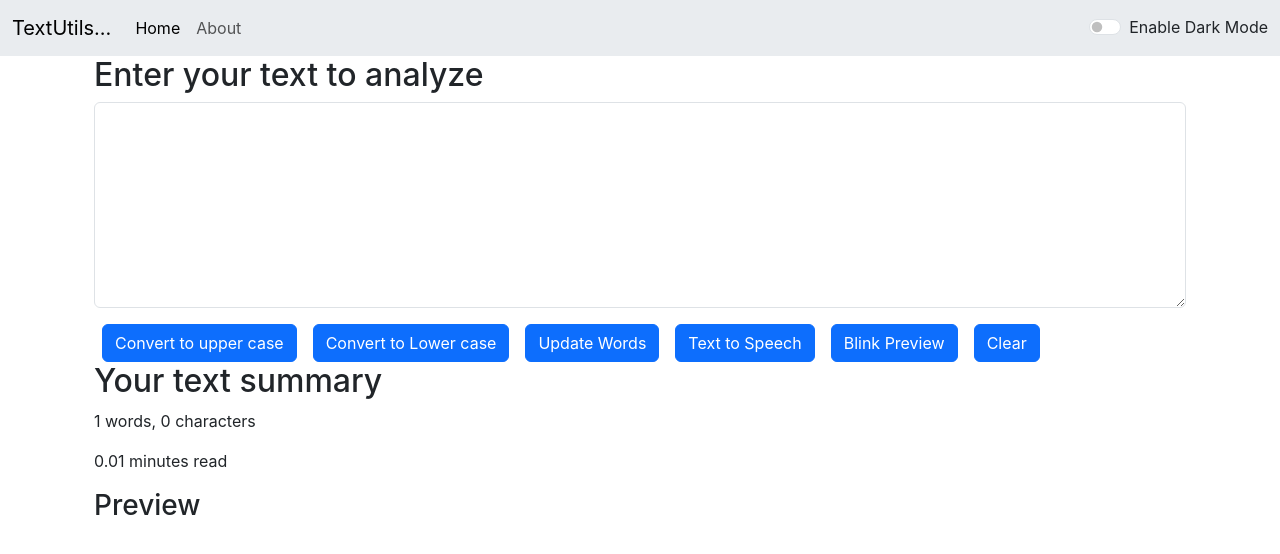
Repository: SujanNagaju/react-demo
Page: /
These files come from the project's save history. The page is drawn as it stood at one moment and after a run of saves; the edit follows.
The browser window is 1280 px wide. The pictures show the whole page.
The project was rebuilt for these pictures with package versions that can differ from the ones it lists, and the page was loaded fresh each time. Also part of the build but not shown: src/App.css.

Above is the page before, as saved 2024-12-29 16:52:06.

### public/index.html
<!DOCTYPE html>
<html lang="en">
  <head>
    <meta charset="utf-8" />
    <link rel="icon" href="%PUBLIC_URL%/favicon.ico" />
    <meta name="viewport" content="width=device-width, initial-scale=1" />
    <meta name="theme-color" content="#000000" />
    <meta
      name="description"
      content="Web site created using create-react-app"
    />
    <link rel="apple-touch-icon" href="%PUBLIC_URL%/logo192.png" />
    <!--
      manifest.json provides metadata used when your web app is installed on a
      user's mobile device or desktop. See https://developers.google.com/web/fundamentals/web-app-manifest/
    -->
    <link rel="manifest" href="%PUBLIC_URL%/manifest.json" />
    <!--
      Notice the use of %PUBLIC_URL% in the tags above.
      It will be replaced with the URL of the `public` folder during the build.
      Only files inside the `public` folder can be referenced from the HTML.

      Unlike "/favicon.ico" or "favicon.ico", "%PUBLIC_URL%/favicon.ico" will
      work correctly both with client-side routing and a non-root public URL.
      Learn how to configure a non-root public URL by running `npm run build`.
    -->
    <link href="https://cdn.jsdelivr.net/npm/bootstrap@5.3.3/dist/css/bootstrap.min.css" rel="stylesheet" integrity="sha384-QWTKZyjpPEjISv5WaRU9OFeRpok6YctnYmDr5pNlyT2bRjXh0JMhjY6hW+ALEwIH" crossorigin="anonymous">
    <title>React App</title>
  </head>
  <body>
    <noscript>You need to enable JavaScript to run this app.</noscript>
    <div id="root"></div>
    <!--
      This HTML file is a template.
      If you open it directly in the browser, you will see an empty page.

      You can add webfonts, meta tags, or analytics to this file.
      The build step will place the bundled scripts into the <body> tag.

      To begin the development, run `npm start` or `yarn start`.
      To create a production bundle, use `npm run build` or `yarn build`.
    -->
    <script src="https://cdn.jsdelivr.net/npm/bootstrap@5.3.3/dist/js/bootstrap.bundle.min.js" integrity="sha384-YvpcrYf0tY3lHB60NNkmXc5s9fDVZLESaAA55NDzOxhy9GkcIdslK1eN7N6jIeHz" crossorigin="anonymous"></script>

  </body>
</html>

### src/App.js
// logo from './logo.svg';
import './App.css';
// import About from './components/About';
import Navbar from './components/Navbar';
import TextForm from './components/TextForm';
import React, {useState} from 'react';

function App() {

  const [mode, setMode] = useState("light");
  const toggleMode = ()=> {
    if( mode === 'light' ) {
      setMode( 'dark' );
      document.body.style.backgroundColor = 'black';
      // document.body.style.color = 'white';
    } else {
      setMode( 'light' );
      document.body.style.backgroundColor = 'white';
      // document.body.style.color = 'black';
    }
  }
  return (
    <>

      {/* <Navbar title="TextUtils..." aboutText="About"/> */}
      <Navbar title="TextUtils..." aboutText="About" mode={mode} toggleMode={toggleMode}/>
      <div className="container">
        <TextForm heading="Enter your text to analyze" mode={mode}/>
        {/* <About title="About us"/> */}
      </div>
    </>
  );
}

export default App;

### src/components/Navbar.js
import React from 'react'
import PropTypes from 'prop-types';


// export default function Navbar({title="TextUtils", aboutText="About"}) {
export default function Navbar(props) {
  return (
    <nav className={`navbar navbar-expand-lg bg-body-secondary bg-${props.mode}`}>
        <div className="container-fluid">
            <a className="navbar-brand" href="/">{props.title}</a>
            <button className="navbar-toggler" type="button" data-bs-toggle="collapse" data-bs-target="#navbarSupportedContent" aria-controls="navbarSupportedContent" aria-expanded="false" aria-label="Toggle navigation">
            <span className="navbar-toggler-icon"></span>
            </button>
            <div className="collapse navbar-collapse" id="navbarSupportedContent">
            <ul className="navbar-nav me-auto mb-2 mb-lg-0">
                <li className="nav-item">
                <a className="nav-link active" aria-current="page" href="/">Home</a>
                </li>
                <li className="nav-item">
                <a className="nav-link" href="/">{props.aboutText}</a>
                </li>

            </ul>
            {/* <form className="d-flex" role="search">
                <input className="form-control me-2" type="search" placeholder="Search" aria-label="Search"/>
                <button className="btn btn-outline-success" type="submit">Search</button>
            </form> */}
            <div className={`form-check form-switch text-${props.mode === 'light' ? 'dark' : 'light' }`}>
                <input className="form-check-input" onClick={props.toggleMode} type="checkbox" role="switch" id="flexSwitchCheckDefault"/>
                <label className="form-check-label" htmlFor="flexSwitchCheckDefault">Enable Dark Mode</label>
            </div>
            </div>
        </div>
    </nav>
  )
}


Navbar.propTypes = {
    title: PropTypes.string.isRequired,
    aboutText: PropTypes.string.isRequired
}

### src/components/TextForm.js
import React, {useState} from 'react';

export default function TextForm(props) {
  const handleUpClick = ()=> {
    // console.log( "Uppercase was clicked" );
    let newText = text.toUpperCase();
    setText( newText );
  }

  const handleLowerClick = ()=> {
    // console.log( "Uppercase was clicked" );
    let newText = text.toLowerCase();
    setText( newText );
  }

  const handleUpdateWordsClick = () => {
    // console.log("Uppercase was clicked");
    let newText = text.replace(/chamatkar/gi, "balatkar");
    setText(newText);
  };

  const handleClearClick = () => {
    // console.log("Uppercase was clicked");
    let newText = "";
    setText(newText);
  };

  const handleOnChange = (event)=> {
    // console.log( "handle text change" );
    setText(event.target.value);
  }

  const handleTextToSpeechClick =() =>{
    const Speech = new SpeechSynthesisUtterance();
    const message= document.getElementById("textBox").value;
    Speech.lang='eng';
    Speech.text= message;
    window.speechSynthesis.speak(Speech);
  }

  const handleBlinkPreviewClick =() =>{
    const element= document.getElementById("blinkPreview");
    let blinkCount = 0; // Counter for the number of blinks
    const maxBlinks = 5; // Total number of blinks (on + off = 1 blink)

    const interval = setInterval(() => {
      // Toggle visibility
      element.style.display = element.style.display === 'none' ? 'block' : 'none';
      element.style.color = 'red';

      // Increment blink count only when the element is hidden
      if (element.style.display === 'none') {
        blinkCount++;
      }

      // Stop blinking after the desired number of blinks
      if (blinkCount === maxBlinks) {
        clearInterval(interval);
        element.style.display = 'block'; // Ensure the element remains visible
        element.style.color = 'black';
      }
    }, 200); // Blink interval (500ms = half a second)
  }

  const [text, setText] = useState("");
  return (
    <>
      <div className="container">
        <h2>{props.heading}</h2>
          <div className="mb-3">
              <textarea className="form-control" id="textBox" onChange={handleOnChange} style={{backgroundColor: props.mode === 'light' ? 'white' : 'black'}} value={text} rows="8"></textarea>
          </div>
          <button className="btn btn-primary mx-2" onClick={handleUpClick}>Convert to upper case</button>
          <button className="btn btn-primary mx-2" onClick={handleLowerClick}>Convert to Lower case</button>
          <button className="btn btn-primary mx-2" onClick={handleUpdateWordsClick}>Update Words</button>
          <button className="btn btn-primary mx-2" onClick={handleTextToSpeechClick}>Text to Speech</button>
          <button className="btn btn-primary mx-2" onClick={handleBlinkPreviewClick}>Blink Preview</button>
          <button className="btn btn-primary mx-2" onClick={handleClearClick}>Clear</button>
      </div>

      <div className="container">
        <h2>Your text summary</h2>
        <p>{text.split(" ").length} words, {text.length} characters</p>
        <p>{(0.008 * text.split(" ").length).toFixed(2)} minutes read</p>
        <h3>Preview</h3>
        <p id="blinkPreview">{text}</p>
      </div>
    </>
  )
}

Loaded but not shown: src/index.js (common file); src/index.css (common file); src/reportWebVitals.js (common file)

After the next 2 saves:
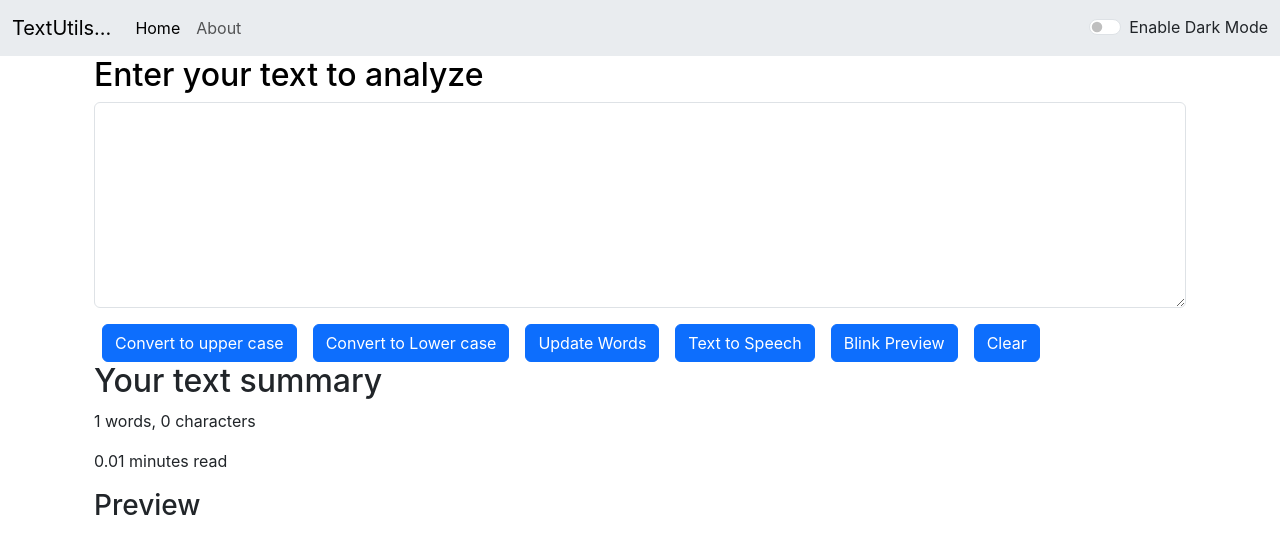
The 2 saves are shown as one change because 1 did not build or start.
The last was saved 113 s later.
--- a/src/components/TextForm.js
+++ b/src/components/TextForm.js
@@ -65,7 +65,7 @@ export default function TextForm(props) {
   const [text, setText] = useState("");
   return (
     <>
-      <div className="container">
+      <div className="container" style={{color: props.mode === 'light' ? 'black' : 'white' }}>
         <h2>{props.heading}</h2>
           <div className="mb-3">
               <textarea className="form-control" id="textBox" onChange={handleOnChange} style={{backgroundColor: props.mode === 'light' ? 'white' : 'black'}} value={text} rows="8"></textarea>
